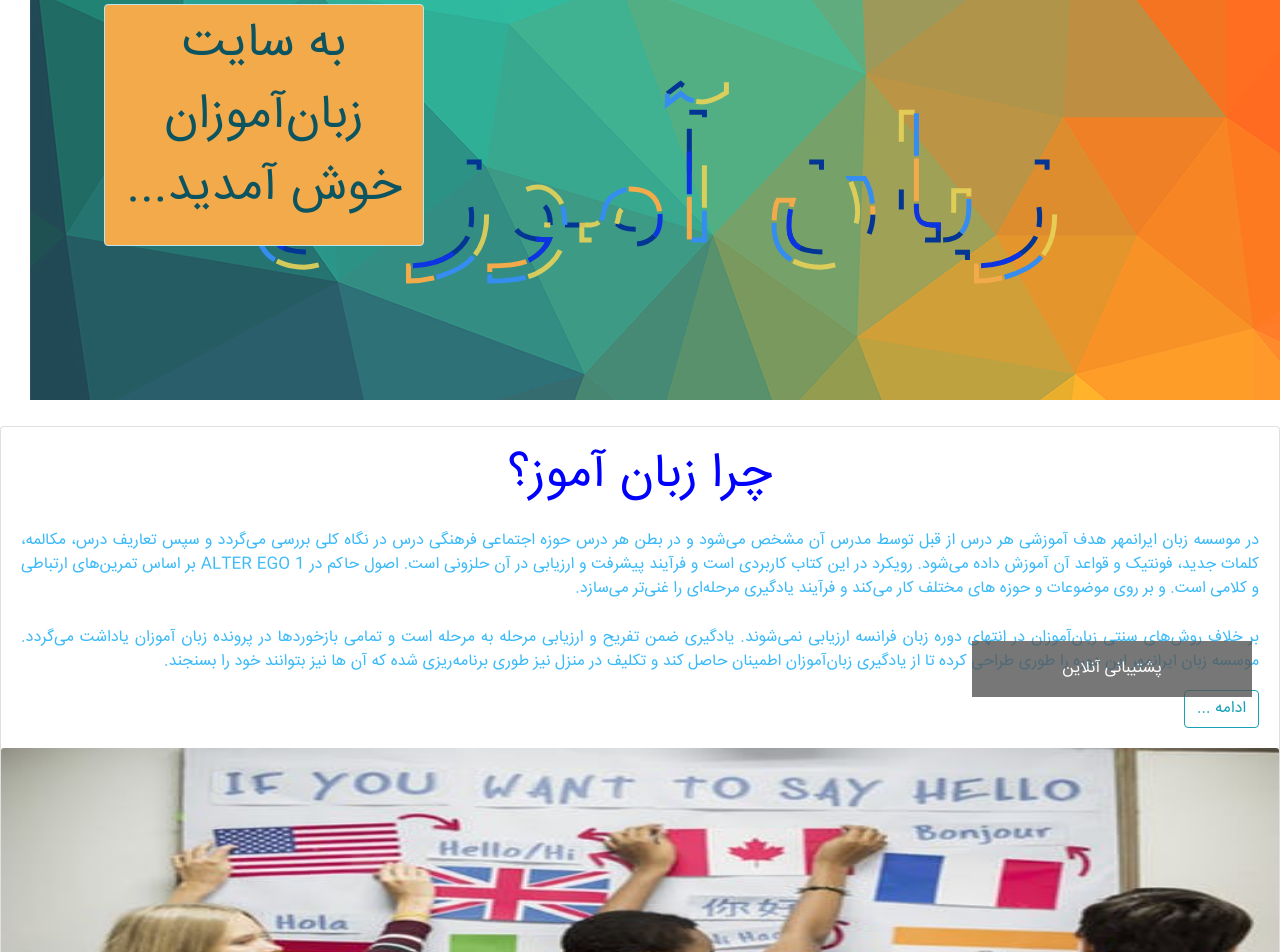
Repository: nikmahla/ZabanAmozan
Page: LanguageWebSite.html
These files come from the project's save history. The page is drawn as it stood at one moment and after a run of saves; the edit follows.
The browser window is 1280 px wide. The pictures show the part of the page from y = 0 to 952 px (the page is 3961 px tall).
A picture or video elsewhere on the page could not be fetched, so the positions and the page height are approximate.

Above is the page before, as saved 2019-10-11 22:29:51.

### LanguageWebSite.html
<html lang="en">

<head>
    <meta charset="UTF-8">
    <meta name="viewport" content="width=device-width, initial-scale=1.0">
    <meta http-equiv="X-UA-Compatible" content="ie=edge">
    <link rel="stylesheet" href="css/bootstrap.css">
    <link rel="stylesheet" href="css/stylesheet.css">
    <link rel="shortcut icon" href="images/fav.jpg" title="favicon">
    <script src="jquery.min.js"></script>
    <title>Learn New Language</title>
</head>

<body class="container-fluid">

    <div class="row bg-image">
        <svg viewBox="0 0 960 300">
            <symbol id="s-text">
                <text text-anchor="middle" x="50%" y="80%"> زبان آموزان</text>
            </symbol>

            <g class="g-ants">
                <use xlink:href="#s-text" class="text-copy"></use>
                <use xlink:href="#s-text" class="text-copy"></use>
                <use xlink:href="#s-text" class="text-copy"></use>
                <use xlink:href="#s-text" class="text-copy"></use>
                <use xlink:href="#s-text" class="text-copy"></use>
            </g>
        </svg>
    </div>

    <div id="alert" class="alert alert-info p-1 m-1">
        <p class="text-center">به سایت زبان‌آموزان خوش آمدید...</p>
    </div>

    <div class="row">
        <div class="card  " style="margin-top: 2%">
            <div class="card-body">
                <h5 class="card-title card-title-me"> چرا زبان آموز؟ </h5>
                <p class="card-body-me">در موسسه زبان ایرانمهر هدف آموزشی هر درس از قبل توسط مدرس آن مشخص می‌شود و در
                    بطن هر
                    درس حوزه اجتماعی فرهنگی درس در نگاه کلی بررسی می‌گردد و سپس تعاریف درس، مکالمه، کلمات جدید، فونتیک و
                    قواعد آن آموزش داده می‌شود. رویکرد در این کتاب کاربردی است و فرآیند پیشرفت و ارزیابی در آن حلزونی
                    است.
                    اصول حاکم در ALTER EGO 1 بر اساس تمرین‌های ارتباطی و کلامی است. و بر روی موضوعات و حوزه های مختلف
                    کار
                    می‌کند و فرآیند یادگیری مرحله‌‌ای را غنی‌تر می‌سازد.</p>
                <p class="card-body-me">
                    بر خلاف روش‌های سنتی زبان‌آموزان در انتهای دوره زبان فرانسه ارزیابی نمی‌شوند. یادگیری ضمن تفریح و
                    ارزیابی مرحله به مرحله است و تمامی بازخوردها در پرونده زبان آموزان یاداشت می‌گردد. موسسه زبان
                    ایرانمهر
                    این دوره را طوری طراحی کرده تا از یادگیری زبان‌آموزان اطمینان حاصل کند و تکلیف در منزل نیز طوری
                    برنامه‌ریزی شده که آن ها نیز بتوانند خود را بسنجند.
                </p>
                <button type="button" class="btn btn-outline-info">ادامه ...</button>

            </div>
            <img src="./images/fl031.jpg" class="card-img-top card-img" alt="">
        </div>
    </div>


    <div class="row ">
        <div class="col-md-6">
            <div class="videoplay ">
                <video class="img-fluid" autoplay="" loop="" playsinline="" muted="">
                    <source type="video/mp4" src="images/class03.mp4">
                </video>
            </div>
        </div>
        <div class="col-md-6 ">
            <h3 class="text-class">
                1.زمان مد نظرتو انتخاب کن
            </h3>
        </div>
    </div>

    <div class="row ">
        <div class="col-md-6 ">
            <h3 class="text-class">
                2.کلاستو انتخاب کن
            </h3>
        </div>
        <div class="col-md-6">
            <div class="videoplay ">
                <video class="img-fluid" autoplay="" loop="" playsinline="" muted="">
                    <source type="video/mp4" src="images/class031.mp4">
                </video>
            </div>
        </div>
    </div>

    <div class="row ">
        <div class="col-md-6">
            <div class="videoplay ">
                <video class="img-fluid" autoplay="" loop="" playsinline="" muted="">
                    <source type="video/mp4" src="images/class033.mp4">
                </video>
            </div>
        </div>
        <div class="col-md-6 ">
            <h3 class="text-class">
                3. برو کلاس
            </h3>
        </div>
    </div>

    <div class="row" style="margin-top:2% ">
        <div class="card card-box" style="width:30%">
            <img class="card-img-top" src="./images/cl8.jpg" alt="Card image">
            <div class="card-body">
                <h4 class="card-title">دوره های آموزش زبان فرانسه متوسطه بزرگسالان</h4>
                <p class="card-text">دوره های فشرده نیمه گروهی ( 6 تا 8 نفره )</p>
                <a href="#" class="btn btn-primary">مشاهده</a>
            </div>
        </div>

        <div class="card card-box" style="width:30%">
            <img class="card-img-top" src="./images/cl9.jpg" alt="Card image">
            <div class="card-body">
                <h4 class="card-title">دوره آموزش زبان فرانسه پیش متوسطه کودکان</h4>
                <p class="card-text">دوره زبان فرانسه پیش متوسطه کودکان (+A2)</p>
                <a href="#" class="btn btn-primary">مشاهده</a>
            </div>
        </div>

        <div class="card card-box" style="width:30%">
            <img class="card-img-top" src="./images/cl10.jpg" alt="Card image">
            <div class="card-body">
                <h4 class="card-title">دوره زبان فرانسه پیشرفته بزرگسالان</h4>
                <p class="card-text">دوره زبان فرانسه پیش متوسطه</p>
                <a href="#" class="btn btn-primary">مشاهده</a>
            </div>
        </div>
    </div>



    <div class="row bg">
        <h3 class="h1-list" data-shadow='dang!'>کلاسهای پاییز</h3>
    </div>



    <table class="table table-hover table-me">
        <thead>
            <tr>
                <th scope="col">#</th>
                <th scope="col">روزهای هفته</th>
                <th scope="col">کلاس</th>
                <th scope="col">استاد</th>
                <th> انتخاب</th>
            </tr>
        </thead>
        <tbody>
            <tr>
                <th scope="row">1</th>
                <td>شنبه</td>
                <td>زبان فرانسه</td>
                <td>دکتر رضایی</td>
                <td>
                    <button type="button" class="btn btn-outline-warning">مشاهده</button>
                </td>


            </tr>
            <tr>
                <th scope="row">2</th>
                <td>یکشنبه</td>
                <td>زبان فرانسه</td>
                <td>دکتر رضایی</td>
                <td>
                    <button type="button" class="btn btn-outline-warning">مشاهده</button>
                </td>

            </tr>
            <tr>
                <th scope="row">3</th>
                <td>دوشنبه</td>
                <td>زبان فرانسه</td>
                <td>دکتر رضایی</td>
                <td>
                    <button type="button" class="btn btn-outline-warning">مشاهده</button>
                </td>

            </tr>
            <tr>
                <th scope="row">4</th>
                <td>سه شنبه</td>
                <td>زبان فرانسه</td>
                <td>دکتر رضایی</td>
                <td>
                    <button type="button" class="btn btn-outline-warning">مشاهده</button>
                </td>
            </tr>
            <tr>
                <th scope="row">5</th>
                <td>چهارشنبه</td>
                <td>زبان فرانسه</td>
                <td>دکتر رضایی</td>
                <td>
                    <button type="button" class="btn btn-outline-warning">مشاهده</button>
                </td>
            </tr>
            <tr>
                <th scope="row">6</th>
                <td>پنجشنبه</td>
                <td>زبان فرانسه</td>
                <td>دکتر رضایی</td>
                <td>
                    <button type="button" class="btn btn-outline-warning">مشاهده</button>
                </td>

            </tr>
            <tr>
                <th scope="row">7</th>
                <td>جمعه</td>
                <td>زبان فرانسه</td>
                <td>دکتر رضایی</td>
                <td>
                    <button type="button" class="btn btn-outline-warning">مشاهده</button>
                </td>

            </tr>
        </tbody>
    </table>


    <button class="open-button" onclick="openForm()">پشتیبانی آنلاین</button>

    <div class="chat-popup" id="myForm">
        <form action="/action_page.php" class="form-container">
            <h5 class="text-right"> پشتیبانی زبان‌آموزان </h5>

            <label for="msg"><b> در خدمت شماست:</b></label>
            <textarea placeholder="متن ارسالی ..." name="msg" required></textarea>

            <button type="submit" class="btn">ارسال</button>
            <button type="button" class="btn cancel" onclick="closeForm()">بستن</button>
        </form>
    </div>



    <footer class="footer container-fluid">
        <div class="footer-middle">
            <div class="">
                <div class="row">
                    <div class="col-md-6 col-sm-6  ">

                        <div class="footer-pad">
                            <h4>راه های ارتباطی</h4>
                            <ul class="list-unstyled">
                                <li><a href="#"></a></li>
                                <li><a href="#">شماره تماس</a></li>
                                <li><a href="#">مشاوره حضوری</a></li>
                                <li><a href="#">ادرس ایمیل</a></li>
                                <li><a href="#">شبکه اجتماعی</a></li>

                            </ul>
                        </div>
                    </div>


                    <div class="col-md-6 col-sm-6 ">

                        <div class="footer-pad">
                            <h4> خواندیها برای شما</h4>
                            <ul class="list-unstyled">
                                <li><a href="#"> معرفی دیشکنری </a></li>
                                <li><a href="#">معرفی فیلم</a></li>
                                <li><a href="#">معرفی نرم افزار</a></li>
                                <li><a href="#">معرفی داستان</a></li>
                                <li><a href="#">معرفی سایت</a></li>
                                <li>
                                    <a href="#"></a>
                                </li>
                            </ul>
                        </div>
                    </div>

                </div>
                <div class="row">
                    <div class="col-md-12 copy">
                        <p class="text-center">&copy; حقوق مادی و معنوی سایت محفوظ است.</p>
                    </div>
                </div>


            </div>
        </div>
    </footer>

    <script>
        function openForm() {
            document.getElementById("myForm").style.display = "block";
        }

        function closeForm() {
            document.getElementById("myForm").style.display = "none";
        }
        $(document).ready(function () {
            setTimeout(function () {
                $('#alert').slideDown('slow');

                var alert = $('#alert');
                alert.animate({ left: '100px' }, "slow");
                alert.animate({ fontSize: '3em' }, "slow");
            }, 1500);
        })
        // $(document).ready(function () {
        //     setTimeout(function () {
        //         $('#alert').hide();
        //     }, 6000);
        // })
        // $(document).ready(function () {
        //     $('#alert').click(function () {
        //         var alert = $('#alert');
        //         alert.animate({ left: '100px' }, "slow");
        //         alert.animate({ fontSize: '3em' }, "slow");
        //     });

        //document.querySelector('#alert').style.visibility=hidden;
    </script>

</body>

</html>

### css/stylesheet.css
@font-face {
    font-family: 'iransans';
    src: url('../fonts/iransans_medium.woff2') format('woff2');
    font-weight: bold;
}

@font-face {
    font-family: 'iransans';
    src: url('../fonts/iransans_regular.woff2') format('woff2');
    font-weight: normal;
}

@font-face {
    font-family: 'iransans';
    src: url('../fonts/iransans_ultralight.woff2') format('woff2');
    font-weight: 200;
}

body {
    direction: rtl;
    text-align: right;
    margin: 0;
    font-family: 'iransans', tahoma;
}

* {
    box-sizing: border-box;
}

.videoplay {
    margin-top: 20%;
    min-width: 100%;
    min-height: 100%;
}

.text-class {
    margin-top: 45% !important;
    text-align: center;
    color: #3bbaf8
}

.bg-image {
    background-image: url('../images/bgh.png');
    height: 25rem;
    width: 100%;
}

.header-text {
    background: #8383e2;
}

.card-text {
    text-align: center;
    color: #115374;
    margin-top: 2%;
}

.card-btn {
    margin-top: 2%;
    color: blue;
}

.card-box {
    margin: 1%;
    padding: 1%;
    text-align: center;
}

.card-title-me {
    text-align: center;
    color: blue;
    font-size: 3rem;
}

.card-body-me {
    color: #3bbaf8;
    margin-top: 2%;
    text-align: justify;
}

.card-img {
    height: 25rem;
}

svg {
    display: block;
    font: 10.5em 'Montserrat';
    width: 960px;
    height: 300px;
    margin: 0 auto;
}

.text-copy {
    fill: none;
    stroke: white;
    stroke-dasharray: 6% 29%;
    stroke-width: 5px;
    stroke-dashoffset: 0%;
    animation: stroke-offset 5.5s infinite linear;
}

.text-copy:nth-child(1) {
    stroke: rgb(3, 54, 148);
    animation-delay: -1;
}

.text-copy:nth-child(2) {
    stroke: #e7d258e7;
    animation-delay: -2s;
}

.text-copy:nth-child(3) {
    stroke: rgb(54, 141, 240);
    animation-delay: -3s;
}

.text-copy:nth-child(4) {
    stroke: rgb(243, 170, 74);
    animation-delay: -4s;
}

.text-copy:nth-child(5) {
    stroke: rgb(13, 52, 226);
    animation-delay: -5s;
}

@keyframes stroke-offset {
    100% {
        stroke-dashoffset: -35%;
    }
}

.bg {
    margin: 2rem 0 2rem 0;
    text-align: center;
    background-color: rgba(243, 93, 33, 0.849);
}

.h1-list {
    margin-right: 20%;
    display: inline-block;
    color: white;
    font-size: 9em;
    text-shadow: .03em .03em 0 rgb(235, 71, 6);
}

.table-me {
    margin: 1rem 0 1rem 0;
    overflow: hidden;
}

.bt-me {
    color: orangered;
}

footer {
    width: 100%;
    background: #16222A;
    background: -webkit-linear-gradient(59deg, #3A6073, #16222A);
    background: linear-gradient(59deg, #3A6073, #16222A);
    color: white;
    margin-top: 100px;
    text-align: center;
}

footer a {
    color: #fff;
    font-size: 14px;
    transition-duration: 0.2s;
    display: inline-block;
}

footer a:hover {
    color: #FA944B;
    text-decoration: none;
}

.copy {
    font-size: 12px;
    padding: 10px;
    border-top: 1px solid #FFFFFF;
}

.footer-middle {
    padding-top: 2em;
    color: white;
}

.open-button {
    background-color: #555;
    color: white;
    padding: 16px 20px;
    border: none;
    cursor: pointer;
    opacity: 0.8;
    position: fixed;
    bottom: 23px;
    right: 28px;
    width: 280px;
}

/* The popup chat - hidden by default */

.chat-popup {
    display: none;
    position: fixed;
    bottom: 0;
    right: 15px;
    border: 3px solid #f1f1f1;
    z-index: 9;
}

/* Add styles to the form container */

.form-container {
    max-width: 300px;
    padding: 10px;
    background-color: white;
}

/* Full-width textarea */

.form-container textarea {
    width: 100%;
    padding: 15px;
    margin: 5px 0 22px 0;
    border: none;
    background: #f1f1f1;
    resize: none;
    min-height: 200px;
}

/* When the textarea gets focus, do something */

.form-container textarea:focus {
    background-color: #ddd;
    outline: none;
}

/* Set a style for the submit/send button */

.form-container .btn {
    background-color: #4CAF50;
    color: white;
    padding: 16px 20px;
    border: none;
    cursor: pointer;
    width: 100%;
    margin-bottom: 10px;
    opacity: 0.8;
}

/* Add a red background color to the cancel button */

.form-container .cancel {
    background-color: red;
}

/* Add some hover effects to buttons */

.form-container .btn:hover, .open-button:hover {
    opacity: 1;
}

#alert {
    position: fixed;
    top: 0;
    left: 0;
    width: 25%;
    display: none;
    background-color: rgb(243, 170, 74);
    visibility:visible ;
}

Loaded but not shown: css/bootstrap.css (library); node_modules/jquery/dist/jquery.min.js (library)

After the next 3 saves:
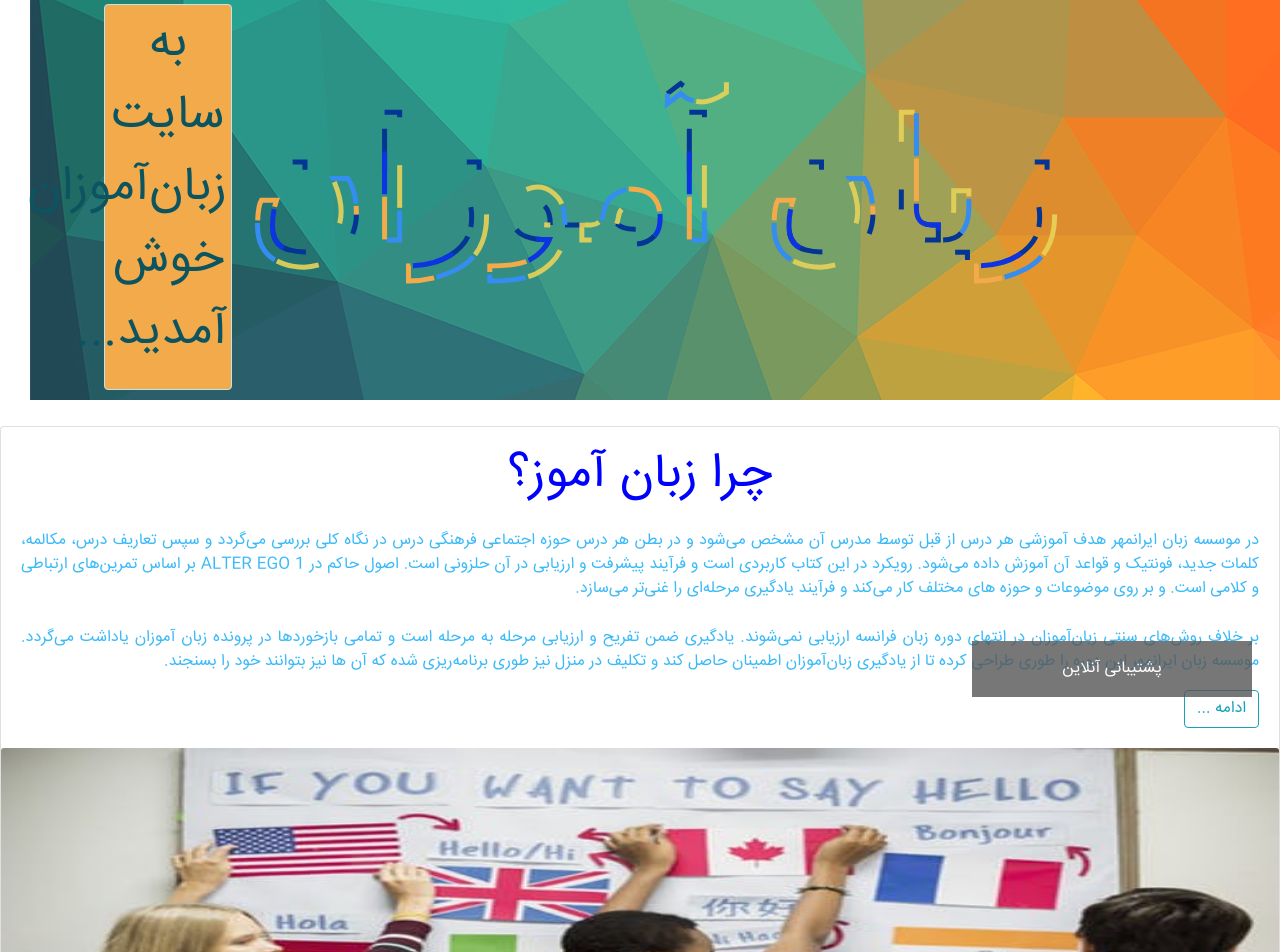
The 3 saves are shown as one change because they came seconds apart.
The last was saved 10 s later.
--- a/css/stylesheet.css
+++ b/css/stylesheet.css
@@ -266,7 +266,7 @@ footer a:hover {
     position: fixed;
     top: 0;
     left: 0;
-    width: 25%;
+    width: 10%;
     display: none;
     background-color: rgb(243, 170, 74);
     visibility:visible ;
